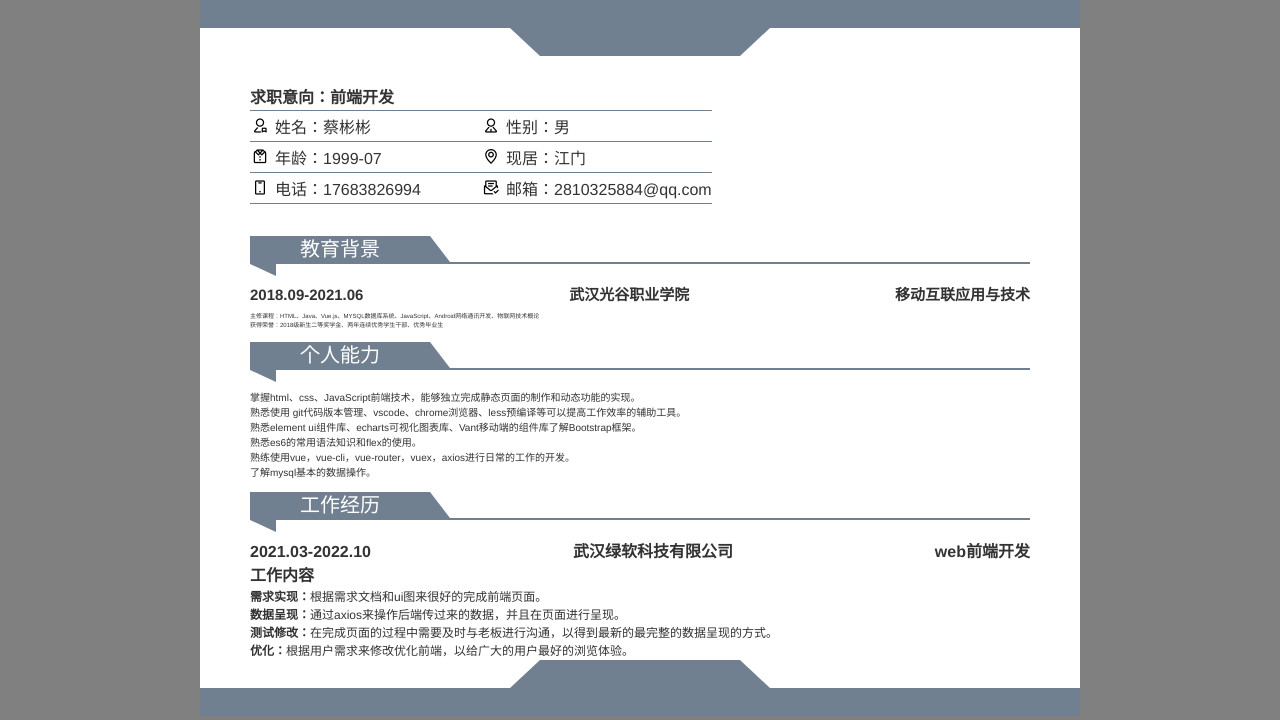
Repository: xiaobingezai/resume
Page: index.html
An editor plug-in stored every save of this project. The page is shown before and after the next save, followed by the edit.
The browser window is 1280 px wide. The pictures show the whole page.

Above is the page before, as saved 2022-11-03 01:05:56.
Console error: TypeError: Cannot set properties of null (setting 'innerHTML')

After the next save:
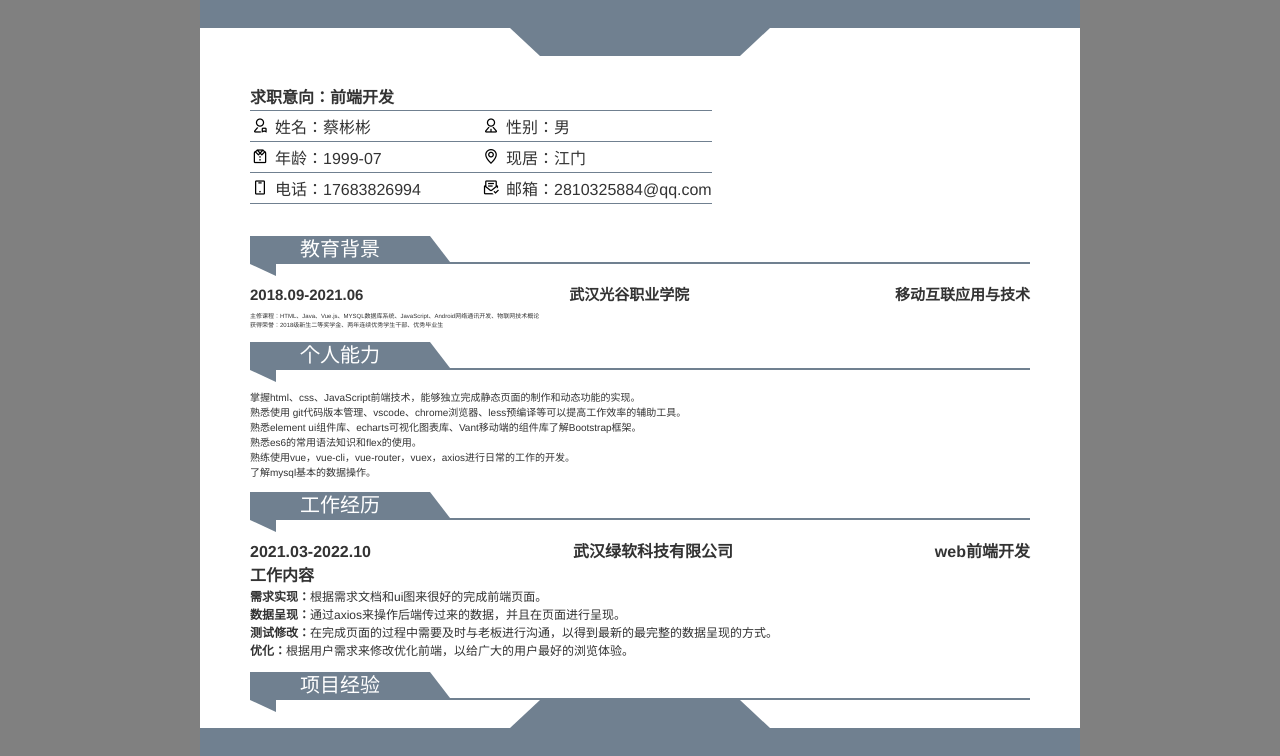
Saved 2 min 14 s later.
--- a/index.html
+++ b/index.html
@@ -56,7 +56,7 @@
             </div>
             <!-- 项目经验 -->
             <div class="xiangMuJingYan">
-
+                <div class="zhuangShiTuPian"><samp>项目经验</samp></div>
             </div>
         </div>
 
